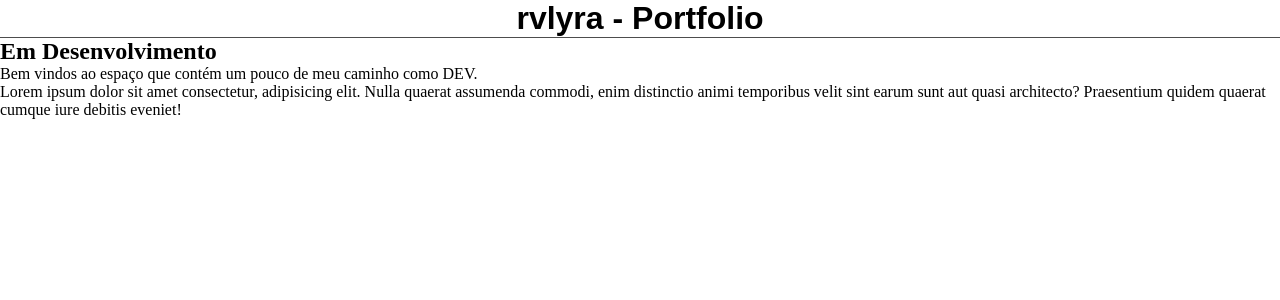
Repository: rvlyra/splash-screen-rvlyra
Page: Portfolio-RVLYRA/public/index.html
The author's editor kept a copy of each file at every save. The page is drawn from the files as they stood at one save, then again after the next save.
The browser window is 1280 px wide. The pictures show the whole page.
Some web fonts or font styles are not loaded; a fallback is used.

Above is the page before, as saved 2022-07-06 09:21:44.

### Portfolio-RVLYRA/public/index.html
<!DOCTYPE html>
<html lang="en">
<head>
    <meta charset="UTF-8">
    <meta http-equiv="X-UA-Compatible" content="IE=edge">
    <meta name="viewport" content="width=device-width, initial-scale=1.0">
    <link rel="stylesheet" href="../assets/src/css/rl.main.css">
    <title>rvlyra @ Portfolio</title>
</head>
<body>
    <header class="header">
        <h1>rvlyra - Portfolio</h1>
    </header>

    <section>
        <h2>Em Desenvolvimento</h2>
        <p>Bem vindos ao espaço que contém um pouco de meu caminho como DEV.</p>
        <p>Lorem ipsum dolor sit amet consectetur, adipisicing elit. Nulla quaerat assumenda commodi, enim distinctio animi temporibus velit sint earum sunt aut quasi architecto? Praesentium quidem quaerat cumque iure debitis eveniet!</p>
    </section>
    <section></section>
    <section></section>

</body>
</html>

### Portfolio-RVLYRA/assets/src/css/rl.main.css
@import url('https://fonts.googleapis.com/css2?family=Mingzat&display=swap');

* {
    margin: 0;
    padding: 0;
    box-sizing: border-box;
}

setcion, header {
    font-family: 'Mingzat', sans-serif;
}

.header {
    display:flex;
    justify-content:center;
    align-items:center;
}
.header {
    border-bottom: 1px solid #4d4d4d ;
}

After the next save:
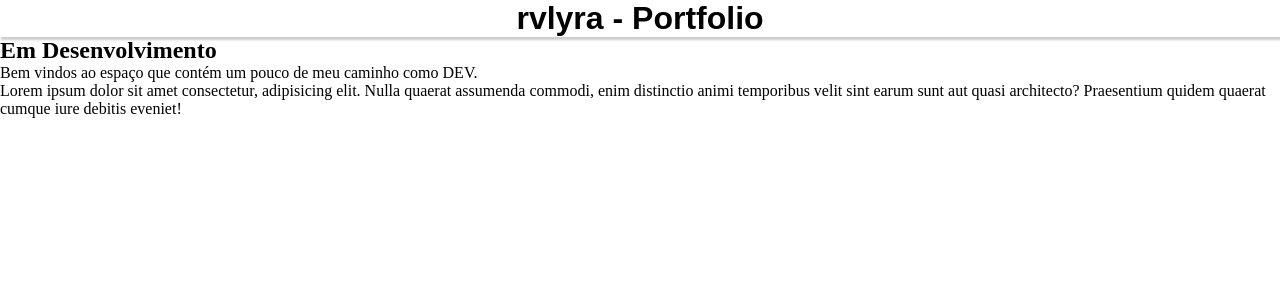
Saved 13 s later.
--- a/Portfolio-RVLYRA/assets/src/css/rl.main.css
+++ b/Portfolio-RVLYRA/assets/src/css/rl.main.css
@@ -16,5 +16,5 @@ setcion, header {
     align-items:center;
 }
 .header {
-    border-bottom: 1px solid #4d4d4d ;
+    box-shadow: 2px 2px 2px 1px rgba(0, 0, 0, 0.2);
 }
